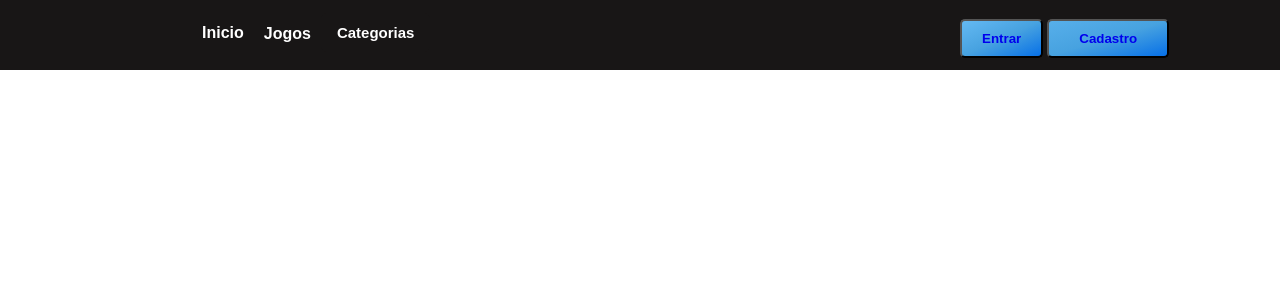
Repository: MarcoantonioCaldeira/Projeto-Go-Gamming
Page: /
These files come from the project's save history. The page is drawn as it stood at one moment and after the next save; the edit follows.
The browser window is 1280 px wide. The pictures show the whole page.
The project was rebuilt for these pictures with package versions that can differ from the ones it lists, and the page was loaded fresh each time. Also part of the build but not shown: src/pages/Inicio/estilo.css, src/pages/rodape/rodape.js, src/pages/Inicio/Inicio.js, src/pages/Jogos/Jogos.js, src/pages/Categorias/Acao.js, src/pages/Categorias/Aventura.js, src/pages/Categorias/Arcades.js, src/pages/Categorias/Familia.js and 7 more.

Above is the page before, as saved 2023-02-05 23:48:07.

### src/App.js
import ReactDOM from "react-dom/client";
import "./fonts/Poppins.ttf";
import { BrowserRouter, Routes, Route } from "react-router-dom";

import Menu from "./pages/Menu/Menu";
import Inicio from "./pages/Inicio/Inicio";

//Categorias
import Jogos from "./pages/Jogos/Jogos";
import Acao from "./pages/Categorias/Acao";
import Aventura from "./pages/Categorias/Aventura";
import Arcades from "./pages/Categorias/Arcades";
import Familia from "./pages/Categorias/Familia";
import Independentes from "./pages/Categorias/Independentes";
import Jogos_RPG from "./pages/Categorias/Jogos_RPG";
import Gratuitos from "./pages/Categorias/Gratuitos";
import Terror from "./pages/Categorias/Terror";
import Suspence from "./pages/Categorias/Suspence";


import Login from "./pages/Login/Login";
import Cadastro from "./pages/Cadastro/Cadastro";

function App() {
  return (
   <BrowserRouter>
    <Routes>
      <Route path="/" element={<Menu />}>
          <Route path="Inicio" element={<Inicio />}/>
          <Route path="jogos" element={< Jogos />}/>
            <Route path="Acao" element={<Acao />}/>
            <Route path="Aventura" element={<Aventura />}/>
            <Route path="Arcades" element={<Arcades />}/>
            <Route path="Familia" element={<Familia />}/>
            <Route path="Independentes" element={<Independentes />}/>
            <Route path="Jogos_RPG" element={<Jogos_RPG />}/>
            <Route path="Gratuitos" element={<Gratuitos />}/>
            <Route path="Terror" element={<Terror />}/>
            <Route path="Suspence" element={<Suspence />}/>
          <Route path="Login" element={<Login />}/>
          <Route path="Cadastro" element={<Cadastro />}/>
        </Route>
    </Routes>
   </BrowserRouter>
  );
}

const root = ReactDOM.createRoot(document.getElementById('root'))
root.render(<App />);
export default App;

### src/pages/Menu/Menu.js
import { Outlet, Link } from "react-router-dom";
import './estilo.css';


const Menu = () => {
  return (
      <>
        <nav id="nav_bar">
          <ul id="menu">
            <li>
              <Link to="./Inicio">Inicio</Link>
            </li>
            <li>
              <Link to="./Jogos">Jogos</Link>
            </li>
            <div class="dropdown" >
              <button class="dropbtn">Categorias</button>
                  <div class="dropdown-content">
                    <a><Link to="./Acao">Ação</Link></a>
                    <a><Link to="./Aventura">Aventura</Link></a>
                    <a><Link to="./Arcades">Arcades</Link></a>
                    <a><Link to="./Familia">Familia</Link></a>
                    <a><Link to="./Independentes">Independetes</Link></a>
                    <a><Link to="./Jogos_RPG">Jogos_RPG</Link></a>
                    <a><Link to="./Gratuitos">Gratuitos</Link></a>
                    <a><Link to="./Terror">Torror</Link></a>
                    <a><Link to="./Suspence">Suspence</Link></a>
                  </div>
            </div>
          </ul>
          <div id="area_cliente">
            <button class="area_cliente_login"><Link to="./Login">Entrar</Link></button>
            <button class="area_cliente_cadastro"><Link to="./Cadastro">Cadastro</Link></button>
          </div>
        </nav>
        <Outlet />
      </>
  )
};

export default Menu;

### src/pages/Menu/estilo.css

*{
    text-decoration: none;
    margin: 0;
    padding: 0;
}

#nav_bar{
    width: 100%;
    height: 70px;
    background-color: #181616;
}

#menu{
    width:20%;
    height: 70px;
    margin-left: 15%;
    /* background-color: red; */
    list-style:none;
}

#nav_bar li{
    position:relative;
    float:left;
}

#nav_bar li a{
    text-decoration:none;
    padding:5px 10px;
    margin-top: 30%;
    display:block;
    color: white;
    font-weight: 700;
    font-family: 'Montserrat', sans-serif;
}



/* DropDown Button */

.dropdown {
    position: relative;
    display: inline-block;
}


.dropbtn{
    position: relative;
    background-color: #181616;
    padding: 10px 15px;
    font-size: 15px;
    margin-top: 12%;
    font-family: 'Montserrat', sans-serif;
    font-weight: 700;
    border: 1px solid;
    border-radius: 5px;
    border-color: #181616;
    color: white;
}


.dropdown-content {
    display: none;
    position: absolute;
    background-color: #222121;
    font-size: 80%;
    font-weight: 700;
    font-family: 'Montserrat', sans-serif;
    min-width: 80px;
    box-shadow: 0px 8px 16px 0px rgba(0,0,0,0.2);
    z-index: 1;
  }

  .dropdown-content a {
    color: white;
    padding: 12px 16px;
    text-decoration: none;
    display: block;
  }

  .dropdown-content a:hover {background-color: #2b2a2a}

  .dropdown:hover .dropdown-content {
    display: block;
  }

  /* Area do Cliente */

  #area_cliente{
    position: relative;
    width: 20%;
    margin-left: 75%;
    margin-top: -6%;
    height: 70px;
    text-decoration: none;
  }

  .area_cliente_login{
    padding: 10px 20px;
    font-weight: 700;
    border-radius: 5px;
    color: white;
    background-image:  linear-gradient(to bottom right,#64b9f2, #47A2E0, #0770E7);
    font-family: 'Montserrat', sans-serif;
    border-color: none;
  }

  .area_cliente_cadastro{
    margin-top: 10%;
    padding: 10px 30px;
    font-weight: 700;
    margin-left: 4px;
    color: white;
    border-radius: 5px;
    background-image:  linear-gradient(to bottom right,#57afea,#47A2E0, #0770E7);
    font-family: 'Montserrat', sans-serif;
    border-color: none;
  }

Loaded but not shown: public/index.html (common file); src/index.js (common file); src/reportWebVitals.js (common file)

After the next save:
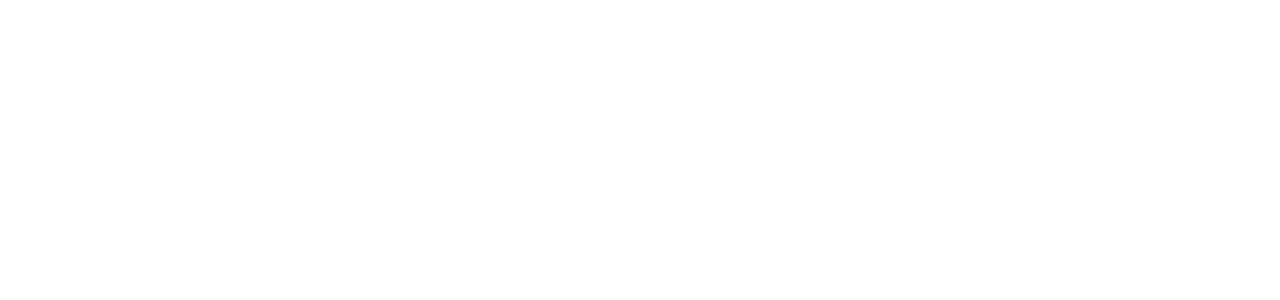
Saved 59 s later.
--- a/src/App.js
+++ b/src/App.js
@@ -25,21 +25,23 @@
   return (
    <BrowserRouter>
     <Routes>
-      <Route path="/" element={<Menu />}>
-          <Route path="Inicio" element={<Inicio />}/>
-          <Route path="jogos" element={< Jogos />}/>
-            <Route path="Acao" element={<Acao />}/>
-            <Route path="Aventura" element={<Aventura />}/>
-            <Route path="Arcades" element={<Arcades />}/>
-            <Route path="Familia" element={<Familia />}/>
-            <Route path="Independentes" element={<Independentes />}/>
-            <Route path="Jogos_RPG" element={<Jogos_RPG />}/>
-            <Route path="Gratuitos" element={<Gratuitos />}/>
-            <Route path="Terror" element={<Terror />}/>
-            <Route path="Suspence" element={<Suspence />}/>
-          <Route path="Login" element={<Login />}/>
-          <Route path="Cadastro" element={<Cadastro />}/>
-        </Route>
+      <Route path="/">
+        <Route path="Menu" element={<Menu />}>
+            <Route path="Inicio" element={<Inicio />}/>
+            <Route path="jogos" element={< Jogos />}/>
+              <Route path="Acao" element={<Acao />}/>
+              <Route path="Aventura" element={<Aventura />}/>
+              <Route path="Arcades" element={<Arcades />}/>
+              <Route path="Familia" element={<Familia />}/>
+              <Route path="Independentes" element={<Independentes />}/>
+              <Route path="Jogos_RPG" element={<Jogos_RPG />}/>
+              <Route path="Gratuitos" element={<Gratuitos />}/>
+              <Route path="Terror" element={<Terror />}/>
+              <Route path="Suspence" element={<Suspence />}/>
+            <Route path="Login" element={<Login />}/>
+            <Route path="Cadastro" element={<Cadastro />}/>
+          </Route>
+      </Route>
     </Routes>
    </BrowserRouter>
   );

After the save that followed:
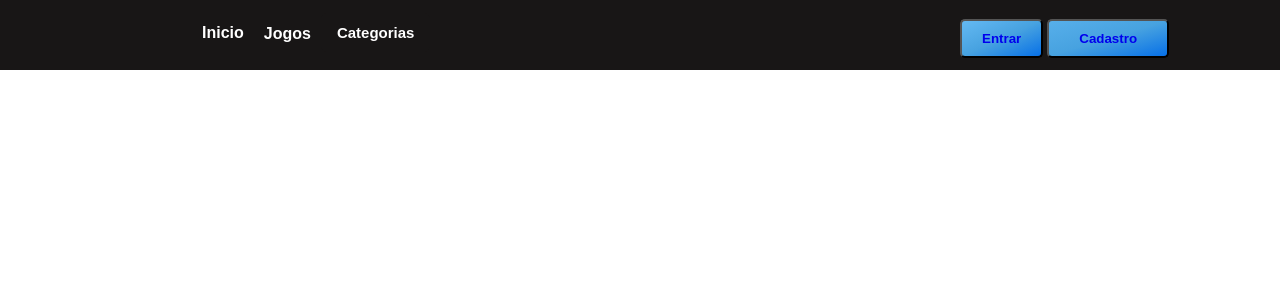
Saved 27 s later.
--- a/src/App.js
+++ b/src/App.js
@@ -25,23 +25,21 @@
   return (
    <BrowserRouter>
     <Routes>
-      <Route path="/">
-        <Route path="Menu" element={<Menu />}>
-            <Route path="Inicio" element={<Inicio />}/>
-            <Route path="jogos" element={< Jogos />}/>
-              <Route path="Acao" element={<Acao />}/>
-              <Route path="Aventura" element={<Aventura />}/>
-              <Route path="Arcades" element={<Arcades />}/>
-              <Route path="Familia" element={<Familia />}/>
-              <Route path="Independentes" element={<Independentes />}/>
-              <Route path="Jogos_RPG" element={<Jogos_RPG />}/>
-              <Route path="Gratuitos" element={<Gratuitos />}/>
-              <Route path="Terror" element={<Terror />}/>
-              <Route path="Suspence" element={<Suspence />}/>
-            <Route path="Login" element={<Login />}/>
-            <Route path="Cadastro" element={<Cadastro />}/>
-          </Route>
-      </Route>
+      <Route path="/" element={<Menu />}>
+          <Route path="Inicio" element={<Inicio />}/>
+          <Route path="jogos" element={< Jogos />}/>
+            <Route path="Acao" element={<Acao />}/>
+            <Route path="Aventura" element={<Aventura />}/>
+            <Route path="Arcades" element={<Arcades />}/>
+            <Route path="Familia" element={<Familia />}/>
+            <Route path="Independentes" element={<Independentes />}/>
+            <Route path="Jogos_RPG" element={<Jogos_RPG />}/>
+            <Route path="Gratuitos" element={<Gratuitos />}/>
+            <Route path="Terror" element={<Terror />}/>
+            <Route path="Suspence" element={<Suspence />}/>
+          <Route path="Login" element={<Login />}/>
+          <Route path="Cadastro" element={<Cadastro />}/>
+        </Route>
     </Routes>
    </BrowserRouter>
   );
